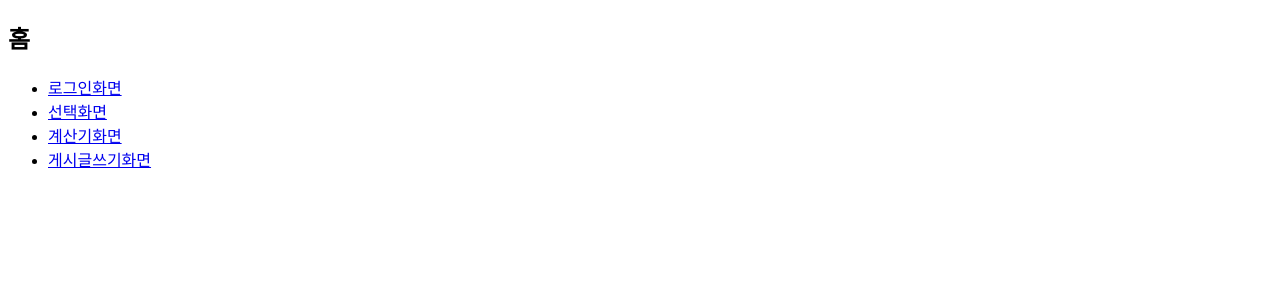
Repository: KimHyeonJun1/Study_Web302
Page: 01.Servlet01/src/main/webapp/index.html
An editor plug-in stored every save of this project. The page is shown before and after the next save, followed by the edit.
The browser window is 1280 px wide. The pictures show the whole page.

Above is the page before, as saved 2024-06-21 07:07:44.

After the next save:
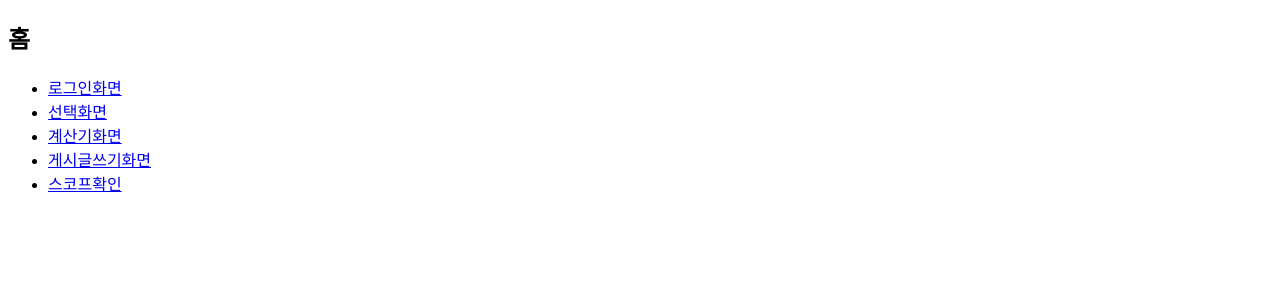
Saved 41 s later.
--- a/01.Servlet01/src/main/webapp/index.html
+++ b/01.Servlet01/src/main/webapp/index.html
@@ -11,6 +11,7 @@
 <li><a href="choice.html">선택화면</a></li>
 <li><a href="calculator.html">계산기화면</a></li>
 <li><a href="board/register.html">게시글쓰기화면</a></li>
+<li><a href="scope">스코프확인</a></li>
 
 </ul>
 </body>
